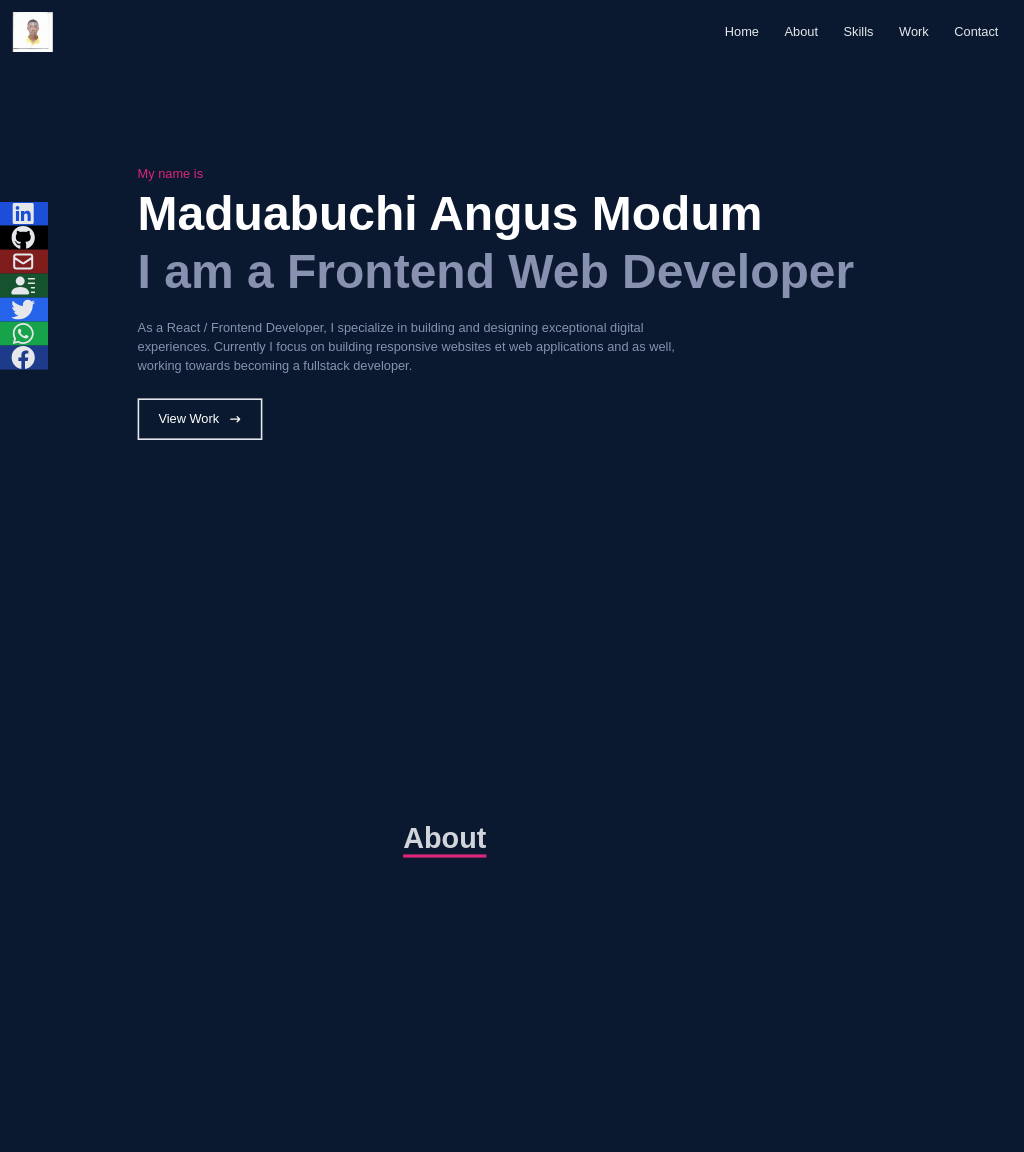
Repository: AngusOnyebuchi/Dashboard
Page: /
An editor plug-in stored every save of this project. The page is shown before and after the next save, followed by the edit.
The browser window is 1280 px wide. The pictures show the whole page, at 80% of full size.
The project was rebuilt for these pictures with package versions that can differ from the ones it lists, and the page was loaded fresh each time.

Above is the page before, as saved 2022-04-14 10:57:28.

After the next save:
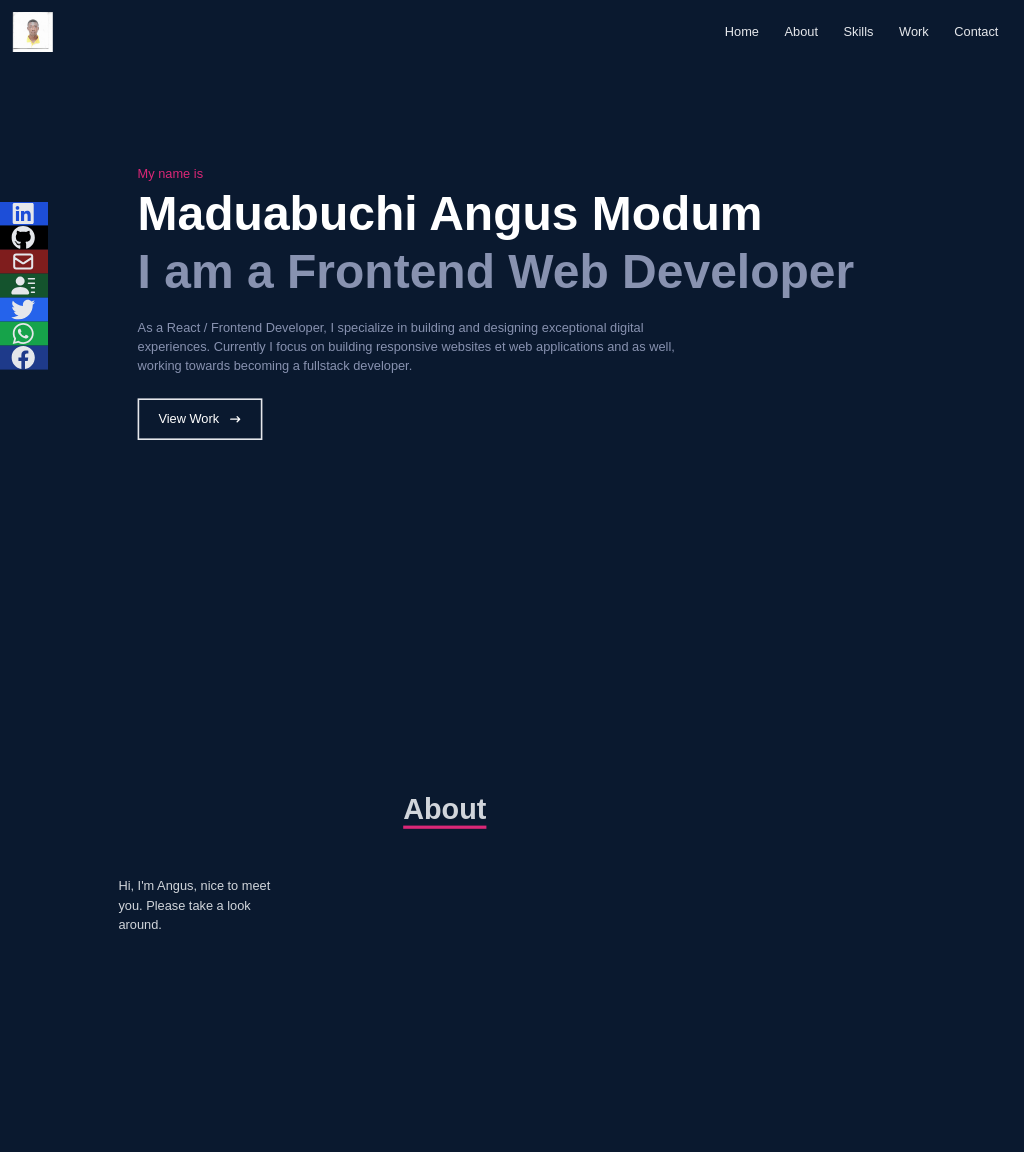
Saved 6 min 31 s later.
--- a/src/components/About.js
+++ b/src/components/About.js
@@ -9,11 +9,11 @@ export default function About() {
                     <div className="sm:text-right pb-8 pr-4">
                         <p className="text-4xl font-bold inline border-b-4 border-pink-600">About</p>
                     </div>
+                    <div></div>
+                <div className="max-w-[1000px] w-full grid grid-cols-2 gap-8">
                     <div>
-
+                        <p>Hi, I'm Angus, nice to meet you. Please take a look around.</p>
                     </div>
-                <div className="max-w-[1000px] w-full grid grid-cols-2 gap-8">
-
                 </div>
                 </div>
             </div>
